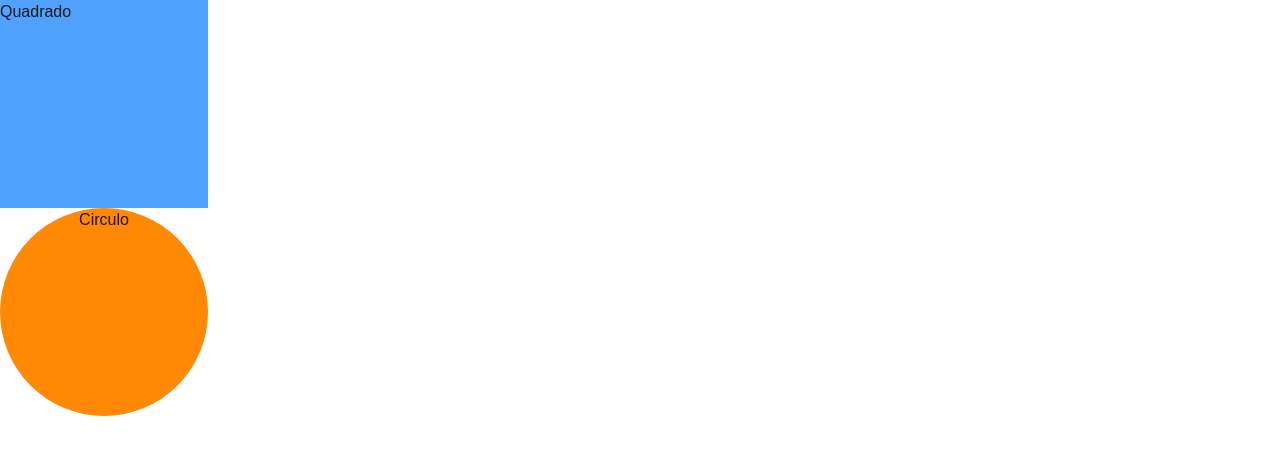
Repository: joao-vitor-ferreira/curso-react
Page: /
An editor plug-in stored every save of this project. The page is shown before and after the next save, followed by the edit.
The browser window is 1280 px wide. The pictures show the whole page.
The project was rebuilt for these pictures with package versions that can differ from the ones it lists, and the page was loaded fresh each time. The framework's server and built-in components were replaced by stand-ins that run in the browser. Also part of the build but not shown: next.config.ts.

Above is the page before, as saved 2026-02-11 08:41:48.

### src/app/page.tsx
import { Square } from '@/components/Square';
import { Circle } from '@/components/Circle';

const Page = () => {
    return (
        <div>
          <Square />
          <Circle />
        </div>
    );
};

export default Page;

### src/components/Square.tsx
export const Square = () => {
    return (
        <div className="w-52 h-52 bg-blue-400">Quadrado</div>
    );
}

### src/components/Circle.tsx
export const Circle = () => {
    return (
        <div className="w-52 h-52 bg-orange-400 rounded-full text-center">Circulo</div>
    );
};

Loaded but not shown: src/app/layout.tsx (common file); src/app/globals.css (common file)

After the next save:
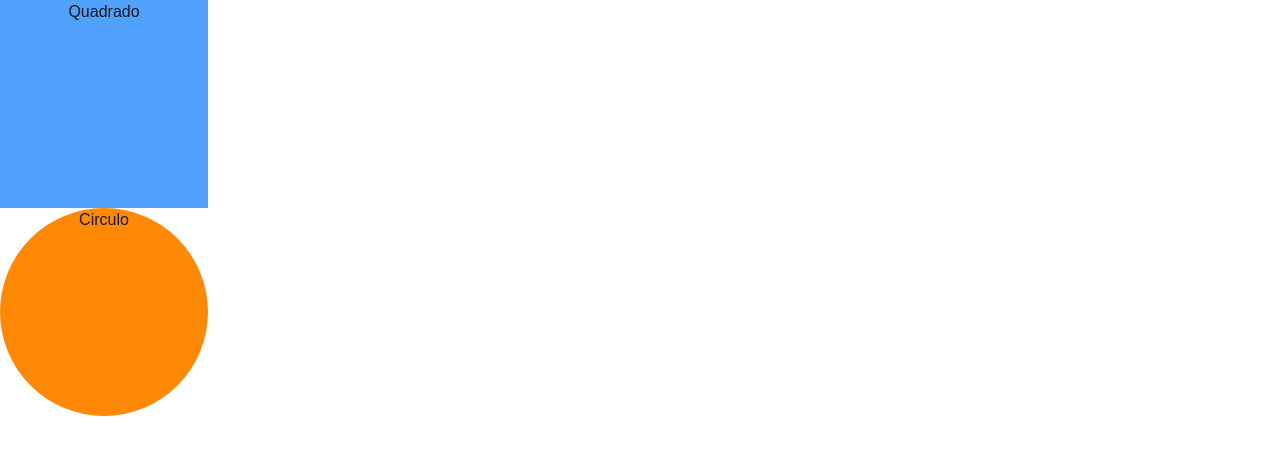
Saved 7 s later.
--- a/src/components/Square.tsx
+++ b/src/components/Square.tsx
@@ -1,5 +1,5 @@
 export const Square = () => {
     return (
-        <div className="w-52 h-52 bg-blue-400">Quadrado</div>
+        <div className="w-52 h-52 bg-blue-400 text-center">Quadrado</div>
     );
 }
